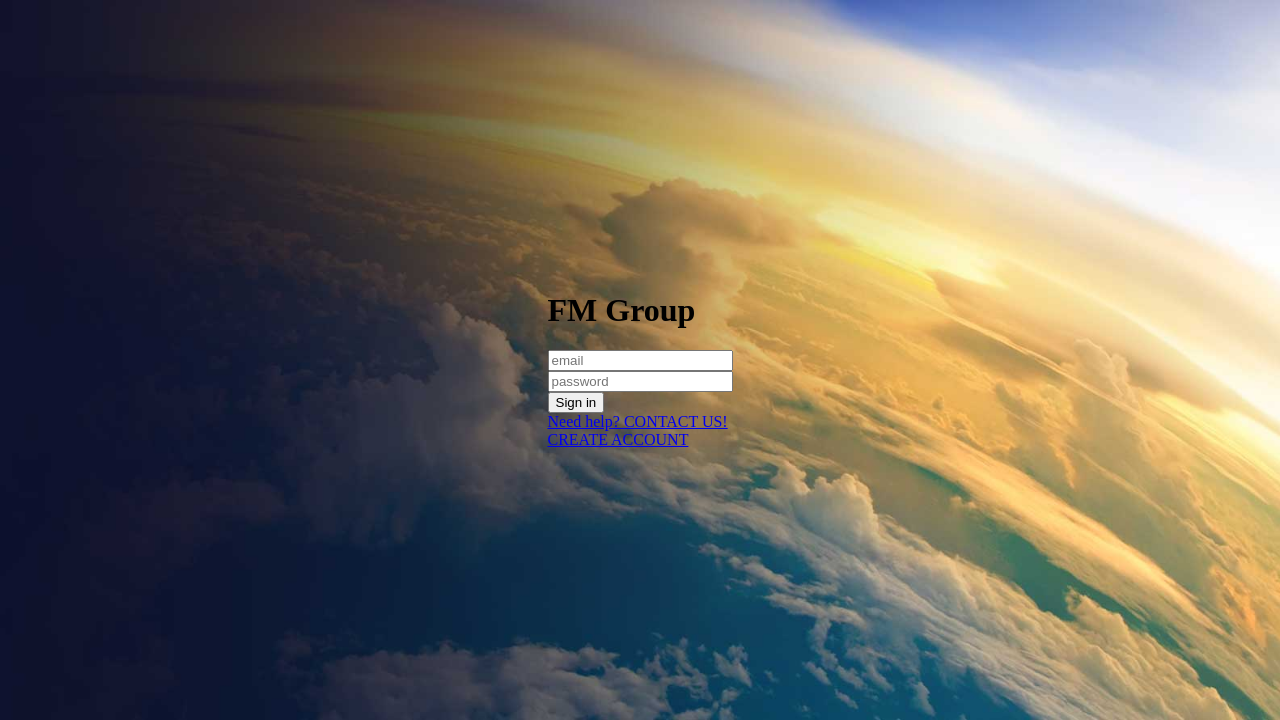
Repository: leeboseok/proposal-board
Page: http://localhost/ProposalSys/signin.jsp
An editor plug-in stored every save of this project. The page is shown before and after the next save, followed by the edit.
The browser window is 1280 px wide. The pictures show the whole page.
The page is served by Tomcat 9.

Above is the page before, as saved 2024-07-31 16:08:24.

After the next save:
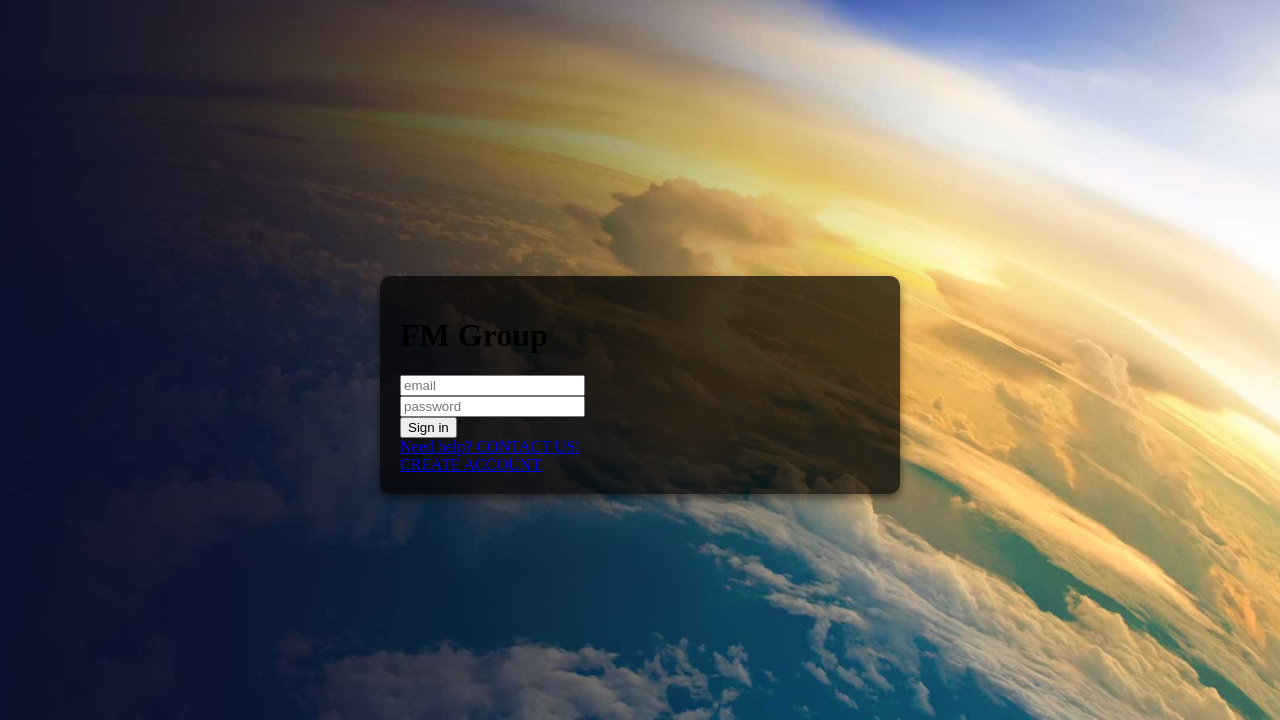
Saved 25 s later.
--- a/ProposalSys/src/main/webapp/signin.jsp
+++ b/ProposalSys/src/main/webapp/signin.jsp
@@ -12,7 +12,7 @@
 		</style>
 	</head>
 	<body>
-		<div id="container">
+		<div id="wrap">
 			<div><h1>FM Group</h1></div>
 			<form method="post" action="signinprogress.jsp">
 				<div>
